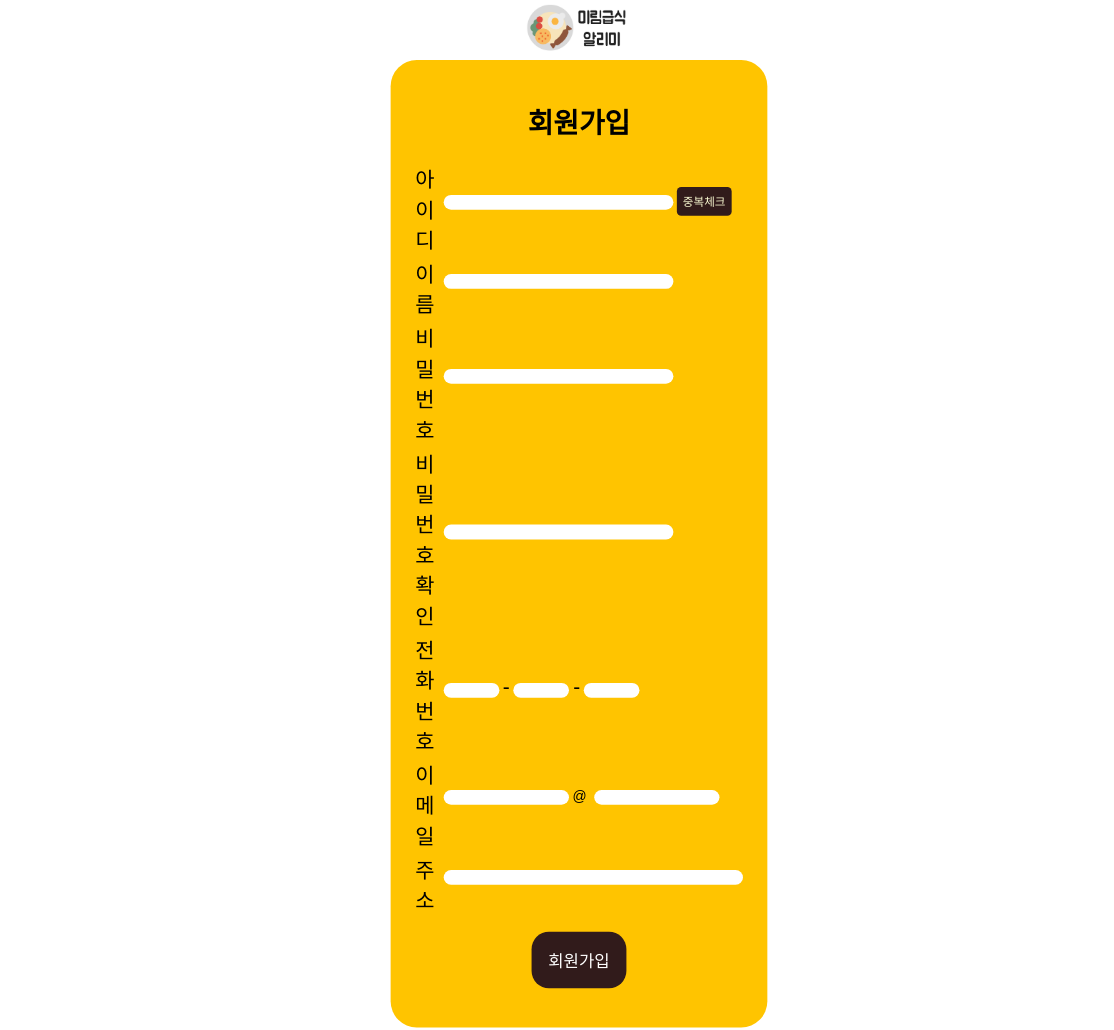
Repository: juujuu201/MirimMenuProj
Page: http://localhost/jspMenuProj/signup.jsp
An editor plug-in stored every save of this project. The page is shown before and after the next save, followed by the edit.
The browser window is 1280 px wide. The pictures show the whole page, at 87% of full size.
Some web fonts or font styles are not loaded; a fallback is used. The page is served by Tomcat 9.

Above is the page before, as saved 2019-09-21 13:55:44.

After the next save:
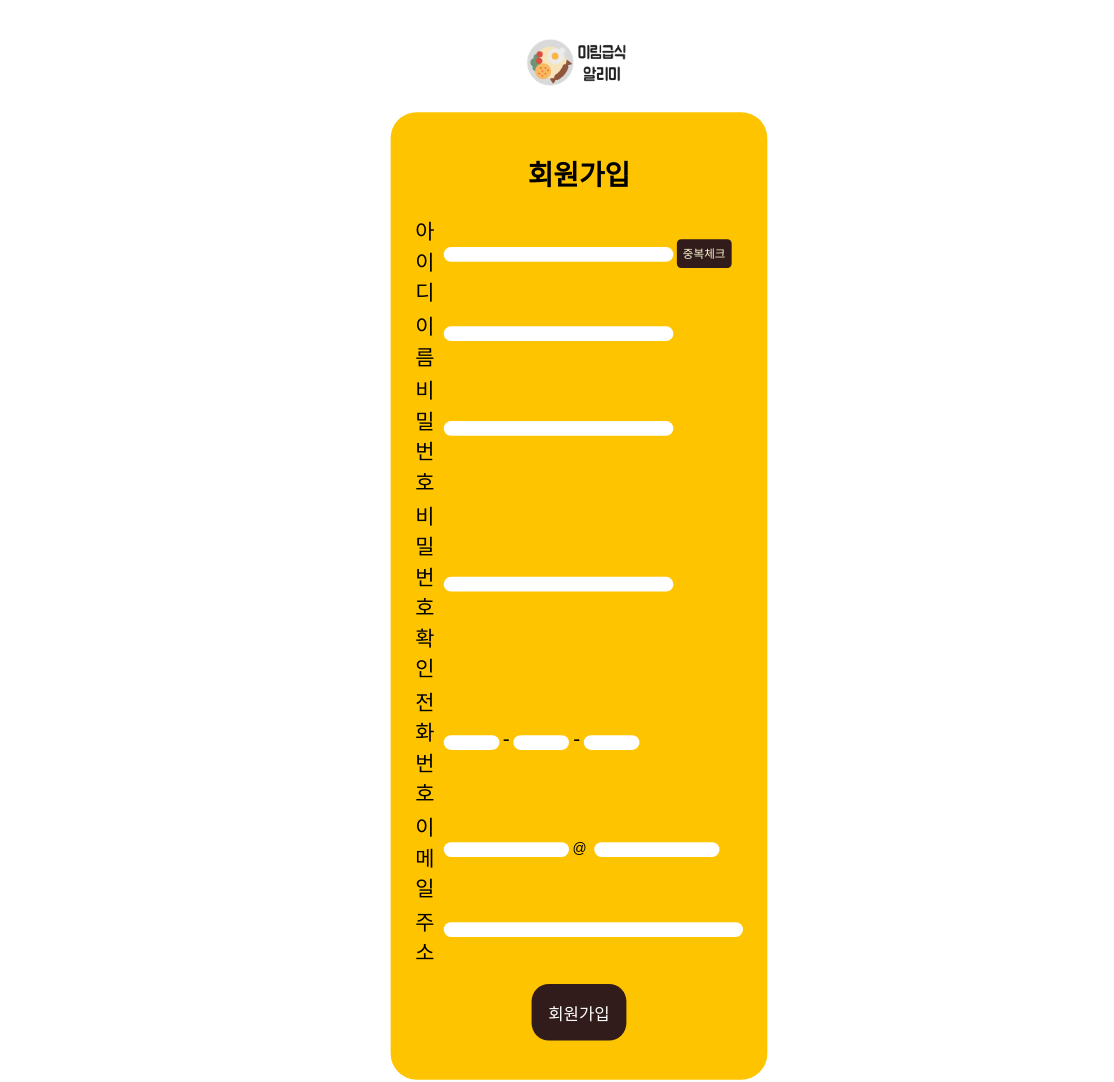
Saved 33 s later.
--- a/jspMenuProj/WebContent/signup.jsp
+++ b/jspMenuProj/WebContent/signup.jsp
@@ -97,11 +97,14 @@
 <body onload="form.id.focus()">
 <form name="form" action="signupProc.jsp" method="post">
     <table id="whole">
+    	<tr><td><p></p></td></tr>
+    	<tr><td><p></p></td></tr>
         <tr>
             <td width="47%"></td>
             <td width="12%"><a href="index.jsp"><img src="img/logo.png" width="80%"></a></td>
             <td width="41%"></td>
         </tr>
+        <tr><td><p></p></td></tr>
         <tr>
            <td colspan=3>
                <div id="box" align="center">
